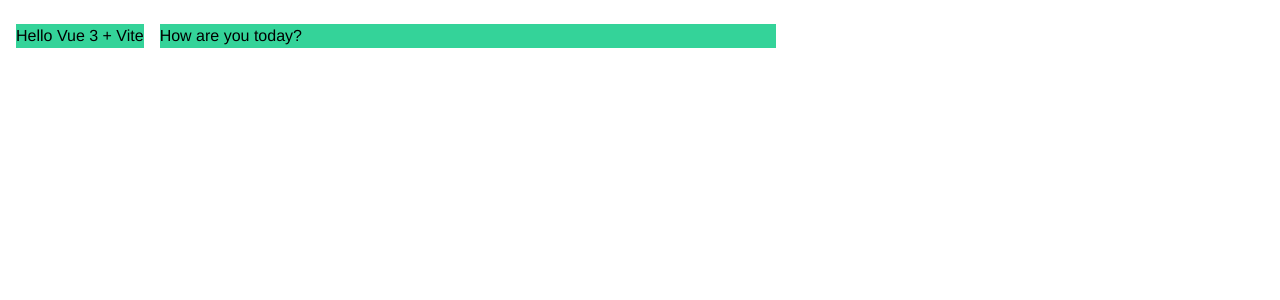
Repository: fahmiegerton/imgwatermark
Page: /
An editor plug-in stored every save of this project. The page is shown before and after the next save, followed by the edit.
The browser window is 1280 px wide. The pictures show the whole page.
The project was rebuilt for these pictures with package versions that can differ from the ones it lists, and the page was loaded fresh each time. Also part of the build but not shown: vite.config.js.

Above is the page before, as saved 2021-11-12 21:37:05.

### src/App.vue
<script setup>
// This starter template is using Vue 3 <script setup> SFCs
// Check out https://v3.vuejs.org/api/sfc-script-setup.html#sfc-script-setup
// import HelloWorld from './components/HelloWorld.vue'
import Home from './components/Home.vue'
</script>

<template>
  <!-- <img alt="Vue logo" src="./assets/logo.png" /> -->
  <Home msg="Hello Vue 3 + Vite" />
</template>

<style>
#app {
  font-family: Avenir, Helvetica, Arial, sans-serif;
  -webkit-font-smoothing: antialiased;
  -moz-osx-font-smoothing: grayscale;
  /* text-align: center; */
  /* color: #2c3e50;
  margin-top: 60px; */
}
</style>

### src/components/Home.vue
<template lang="pug">
.container.mx-auto.p-4
	.flex.flex-wrap.-mx-2.overflow-hidden
		div(class="w-auto overflow-hidden sm:my-2 sm:px-2")
			.bg-green-400
				h1 {{msg}}
		div(class="w-1/2 overflow-hidden sm:my-2 sm:px-2")
			.bg-green-400
				h1 {{text}}
</template>

<script setup>
// import { ref } from 'vue'

defineProps({
	msg: String
})

let text = 'How are you today?'

// const count = ref(0)
</script>

Loaded but not shown: index.html (common file); src/main.js (common file); src/assets/index.css (common file); tailwind.config.js (common file)

After the next save:
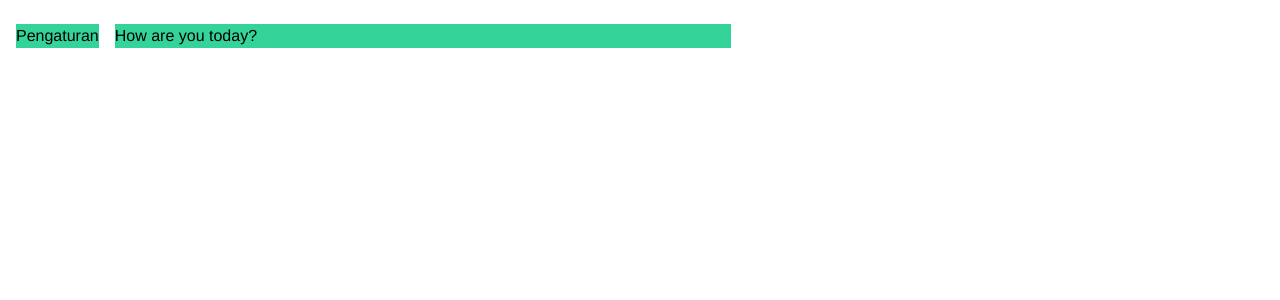
Saved 2 min 11 s later.
--- a/src/components/Home.vue
+++ b/src/components/Home.vue
@@ -2,8 +2,10 @@
 .container.mx-auto.p-4
 	.flex.flex-wrap.-mx-2.overflow-hidden
 		div(class="w-auto overflow-hidden sm:my-2 sm:px-2")
-			.bg-green-400
-				h1 {{msg}}
+			.card.shadow-2xl.bg-green-400
+				.card-body
+					.card-title
+						h1 Pengaturan
 		div(class="w-1/2 overflow-hidden sm:my-2 sm:px-2")
 			.bg-green-400
 				h1 {{text}}
